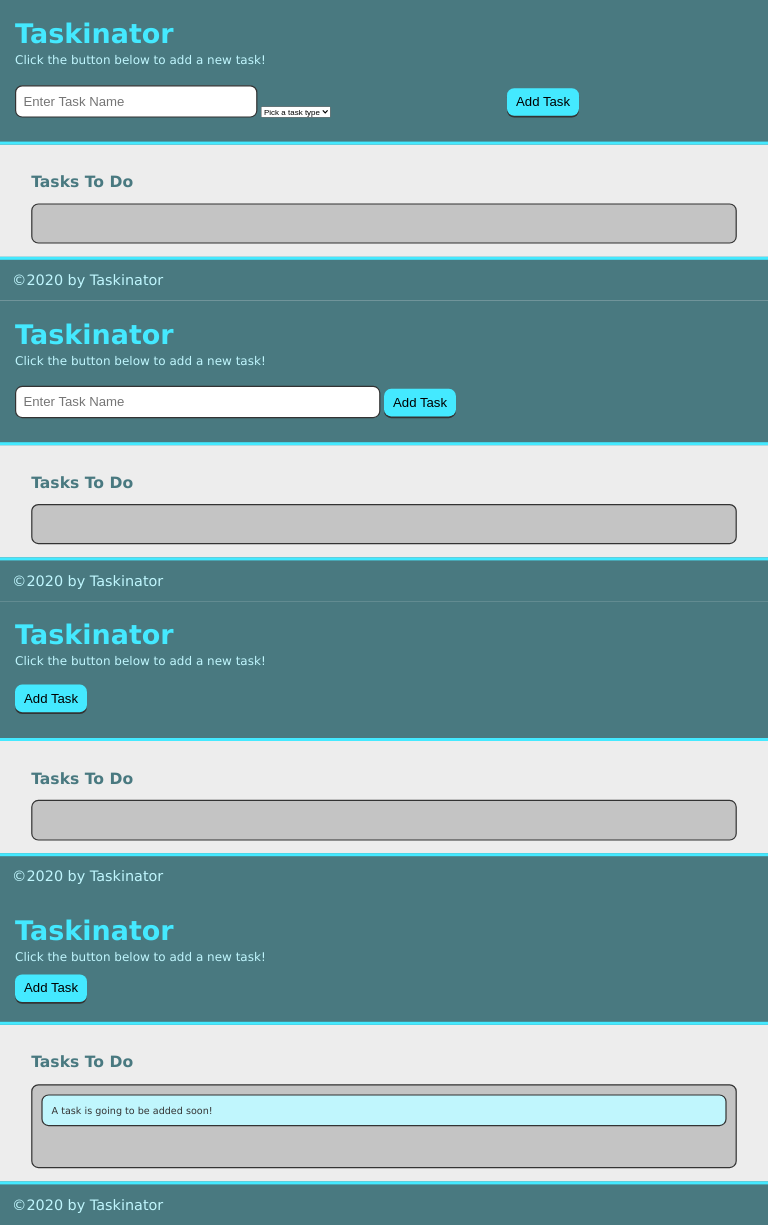
Repository: stuart-rickard/taskinator
Page: index.html
An editor plug-in stored every save of this project. The page is shown before and after the next save, followed by the edit.
The browser window is 1280 px wide. The pictures show the whole page, at 60% of full size.

Above is the page before, as saved 2021-11-16 23:53:13.

### index.html
<!DOCTYPE html>
<html lang="en">
<head>
    <meta charset="UTF-8">
    <meta http-equiv="X-UA-Compatible" content="IE=edge">
    <meta name="viewport" content="width=device-width, initial-scale=1.0">
    <title>Taskinator</title>
    <link rel="stylesheet" href="./assets/css/style.css">
</head>
<body>
    <header>
        <h1 class="page-title">Taskinator</h1>
        <p>Click the button below to add a new task!</p>
        <form id="task-form">
            <div class="form-group">
                <input type="text" name="task-name" placeholder="Enter Task Name" />
            </div>
            <div class="form-group">
                <select name="task-type">
                  <option value="" disabled selected>Pick a task type</option>
                  <option value="Print">Print</option>
                  <option value="Web">Web</option>
                  <option value="Mobile">Mobile</option>
                </select>
            </div>
            <div class="form-group">
                <button class="btn" id="save-task" type="submit">Add Task</button>
            </div>
        </form>
    </header>
    <main class="page-content">
        <section class="task-list-wrapper">
          <h2 class="list-title">Tasks To Do</h2>
          <ul class="task-list" id="tasks-to-do">

          </ul>
        </section>
    </main>
    <footer>
        &copy;2020 by Taskinator
    </footer>

    <script src="./assets/js/script.js"></script>
</body>
</html>
<!DOCTYPE html>
<html lang="en">
<head>
    <meta charset="UTF-8">
    <meta http-equiv="X-UA-Compatible" content="IE=edge">
    <meta name="viewport" content="width=device-width, initial-scale=1.0">
    <title>Taskinator</title>
    <link rel="stylesheet" href="./assets/css/style.css">
</head>
<body>
    <header>
        <h1 class="page-title">Taskinator</h1>
        <p>Click the button below to add a new task!</p>
        <form id="task-form">
            <div class="form-group">
                <input type="text" name="task-name" placeholder="Enter Task Name" />
            </div>
            <div class="form-group">
                <button class="btn" id="save-task" type="submit">Add Task</button>
            </div>
        </form>
    </header>
    <main class="page-content">
        <section class="task-list-wrapper">
          <h2 class="list-title">Tasks To Do</h2>
          <ul class="task-list" id="tasks-to-do">

          </ul>
        </section>
    </main>
    <footer>
        &copy;2020 by Taskinator
    </footer>

    <script src="./assets/js/script.js"></script>
</body>
</html>
<!DOCTYPE html>
<html lang="en">
<head>
    <meta charset="UTF-8">
    <meta http-equiv="X-UA-Compatible" content="IE=edge">
    <meta name="viewport" content="width=device-width, initial-scale=1.0">
    <title>Taskinator</title>
    <link rel="stylesheet" href="./assets/css/style.css">
</head>
<body>
    <header>
        <h1 class="page-title">Taskinator</h1>
        <p>Click the button below to add a new task!</p>
        <form id="task-form">
            <div class="form-group">
                <button class="btn" id="save-task" type="submit">Add Task</button>
            </div>
        </form>
    </header>
    <main class="page-content">
        <section class="task-list-wrapper">
          <h2 class="list-title">Tasks To Do</h2>
          <ul class="task-list" id="tasks-to-do">

          </ul>
        </section>
    </main>
    <footer>
        &copy;2020 by Taskinator
    </footer>

    <script src="./assets/js/script.js"></script>
</body>
</html>
<!DOCTYPE html>
<html lang="en">
<head>
    <meta charset="UTF-8">
    <meta http-equiv="X-UA-Compatible" content="IE=edge">
    <meta name="viewport" content="width=device-width, initial-scale=1.0">
    <title>Taskinator</title>
    <link rel="stylesheet" href="./assets/css/style.css">
</head>
<body>
    <header>
        <h1 class="page-title">Taskinator</h1>
        <p>Click the button below to add a new task!</p>
        <button class="btn" id="save-task" >Add Task</button>
    </header>
    <main class="page-content">
        <section class="task-list-wrapper">
          <h2 class="list-title">Tasks To Do</h2>
          <ul class="task-list" id="tasks-to-do">
            <li class="task-item">A task is going to be added soon!</li>
          </ul>
        </section>
    </main>
    <footer>
        &copy;2020 by Taskinator
    </footer>

    <script src="./assets/js/script.js"></script>
</body>
</html>

### assets/css/style.css
* {
  box-sizing: border-box;
}

:root {
  --primary: #44e9ff;
  --secondary: #497980;
  --tertiary: rgb(192, 246, 253);
  --grey: #333;
  font-size: 62.5%;
}

body {
  background: #ededed;
  color: var(--grey);
  margin: 0;
  padding: 0;
  display: flex;
  min-height: 100vh;
  flex-direction: column;
  font-family: Verdana, Geneva, Tahoma, sans-serif;
}

header {
  background: var(--secondary);
  padding: 30px 25px;
  border-bottom: 5px solid var(--primary);
}

header p {
  color: var(--tertiary);
  margin: 5px 0 20px;
  font-size: 2rem;
}

p,
li {
  font-size: 1.6rem;
}

form {
  display: flex;
  align-items: flex-end;
  flex-wrap: wrap;
}

form input {
  outline: none;
  border: none;
  padding: 12px;
  width: 100%;
  font-size: 2.2rem;
  border: 2px solid var(--grey);
  border-radius: 12px;
}

form .form-group {
  margin: 10px 6px 10px 0;
  flex: 1;
}

footer {
  width: 100%;
  background: var(--secondary);
  color: var(--tertiary);
  font-size: 2.4rem;
  padding: 20px;
  border-top: 5px solid var(--primary);
}

.page-title {
  color: var(--primary);
  margin-bottom: 5px;
  margin-top: 0;
  font-size: 4.5rem;
}

.page-content {
  flex: 1;
  display: flex;
  flex-wrap: wrap;
  justify-content: center;
  margin: 25px auto;
  width: 95%;
}

.task-list-wrapper {
  flex: 1;
  margin: 0 20px 20px;
}

.list-title {
  color: var(--secondary);
  font-size: 2.6rem;
}

.task-list {
  list-style: none;
  padding: 15px;
  height: calc(100% - 50px);
  background: rgb(196, 196, 196);
  border-radius: 12px;
  border: 2px solid var(--grey);
}

.task-item {
  color: var(--grey);
  padding: 15px 15px;
  border: 2px solid var(--grey);
  background: var(--tertiary);
  border-radius: 12px;
  margin-bottom: 20px;
}

.task-name {
  margin: 0;
  font-size: 1.8rem;
}

.task-type {
  color: var(--secondary);
  font-size: 1.55rem;
}
.task-actions {
  display: flex;
  flex-wrap: wrap;
  align-items: center;
  margin: 10px 0 5px 0;
  justify-content: space-between;
}

.task-actions button,
.task-actions select {
  flex: 1;
}

.btn {
  outline: none;
  border: none;
  display: inline-block;
  padding: 10px 15px;
  background: var(--primary);
  font-size: 2.2rem;
  border-radius: 12px;
  position: relative;
  top: -3px;
  box-shadow: 0 3px var(--grey);
}

.btn:hover {
  box-shadow: 0 2px var(--grey);
  top: -2px;
}
.btn:active {
  box-shadow: 0 0px var(--grey);
  top: 0;
}

.edit-btn,
.delete-btn {
  font-size: 1.4rem;
  padding: 5px 7px;
  margin: 3px;
  background: var(--secondary);
  color: #fff;
}

.select-dropdown,
.select-status {
  display: block;
  font-size: 2.2rem;
  color: #444;
  padding: 12px;
  width: 100%;
  max-width: 100%;
  margin: 0;
  border: 2px solid var(--grey);
  border-radius: 12px;
  -moz-appearance: none;
  -webkit-appearance: none;
  appearance: none;
  background-color: #fff;
  background-image: url("../images/select-arrow.svg");
  background-repeat: no-repeat, repeat;
  background-position: right 0.7em top 50%, 0 0;
  background-size: 0.65em auto, 100%;
}

.select-status {
  font-size: 1.4rem;
  padding: 4px 28px 4px 4px;
  width: auto;
}

.select-dropdown::-ms-expand,
.select-status::-ms-expand {
  display: none;
}

.select-dropdown:hover,
.select-status:hover {
  border-color: #888;
}

.select-dropdown:focus,
.select-status:focus {
  border-color: #aaa;
  box-shadow: 0 0 1px 3px rgba(59, 153, 252, 0.7);
  box-shadow: 0 0 0 3px -moz-mac-focusring;
  color: #222;
  outline: none;
}
.select-dropdown option,
.select-status option {
  font-weight: normal;
  font-size: 2rem;
}

@media screen and (max-width: 980px) {
  form .form-group {
    flex: 1 100%;
  }

  form .form-group button {
    width: 100%;
  }

  .task-list-wrapper {
    flex-basis: 100%;
  }

}

### assets/js/script.js
var buttonEl = document.querySelector("#save-task");
var tasksToDoEl = document.querySelector("#tasks-to-do");

var createTaskHandler = function() {
    var listItemEl = document.createElement("li");
    listItemEl.className = "task-item";
    listItemEl.textContent = "This is a new task.";
    tasksToDoEl.appendChild(listItemEl);
  }

buttonEl.addEventListener("click", createTaskHandler);

After the next save:
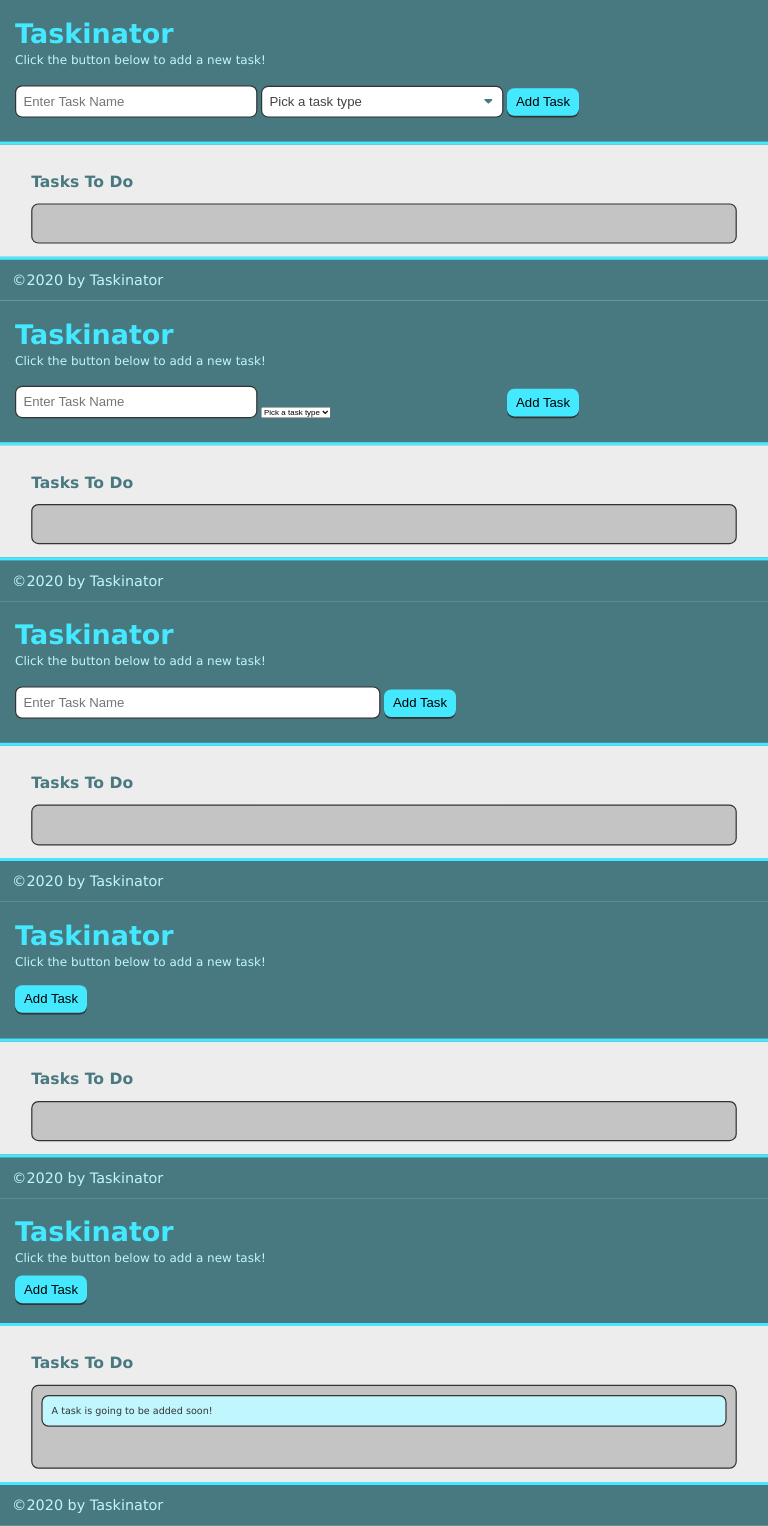
Saved 5 min 24 s later.
--- a/index.html
+++ b/index.html
@@ -1,3 +1,48 @@
+<!DOCTYPE html>
+<html lang="en">
+<head>
+    <meta charset="UTF-8">
+    <meta http-equiv="X-UA-Compatible" content="IE=edge">
+    <meta name="viewport" content="width=device-width, initial-scale=1.0">
+    <title>Taskinator</title>
+    <link rel="stylesheet" href="./assets/css/style.css">
+</head>
+<body>
+    <header>
+        <h1 class="page-title">Taskinator</h1>
+        <p>Click the button below to add a new task!</p>
+        <form id="task-form">
+            <div class="form-group">
+                <input type="text" name="task-name" placeholder="Enter Task Name" />
+            </div>
+            <div class="form-group">
+                <select name="task-type" class="select-dropdown">
+                  <option value="" disabled selected>Pick a task type</option>
+                  <option value="Print">Print</option>
+                  <option value="Web">Web</option>
+                  <option value="Mobile">Mobile</option>
+                </select>
+            </div>
+            <div class="form-group">
+                <button class="btn" id="save-task" type="submit">Add Task</button>
+            </div>
+        </form>
+    </header>
+    <main class="page-content">
+        <section class="task-list-wrapper">
+          <h2 class="list-title">Tasks To Do</h2>
+          <ul class="task-list" id="tasks-to-do">
+
+          </ul>
+        </section>
+    </main>
+    <footer>
+        &copy;2020 by Taskinator
+    </footer>
+
+    <script src="./assets/js/script.js"></script>
+</body>
+</html>
 <!DOCTYPE html>
 <html lang="en">
 <head>
